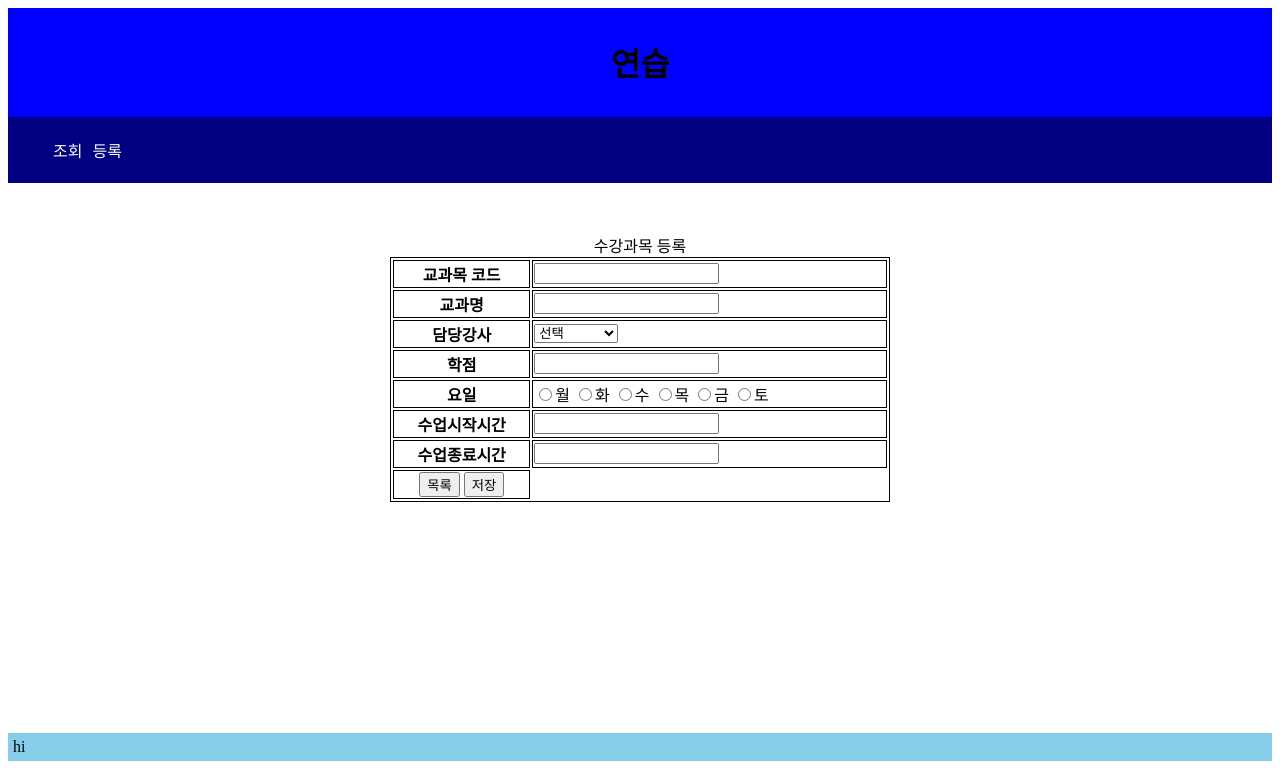
Repository: hoger96/java
Page: http://localhost/HY/reg
These files come from the project's save history. The page is drawn as it stood at one moment and after the next save; the edit follows.
The browser window is 1280 px wide. The pictures show the whole page.
The page is served by Tomcat 9. Other server files are loaded and not shown.

Above is the page before, as saved 2023-02-02 08:52:18.

### HY/src/main/webapp/WEB-INF/views/reg.jsp
<%@ page language="java" contentType="text/html; charset=UTF-8"
    pageEncoding="UTF-8"%>
<!DOCTYPE html>
<html>
<head>
<meta charset="UTF-8">
<title>Insert title here</title>
<%
	String path = request.getContextPath();
%>
<link href="<%=path %>/css/index.css" rel="stylesheet">
<link href="<%=path %>/css/reg.css" rel="stylesheet">
<script>
function save(){
	let frm = document.frm;
	let s_id = frm.s_id;
	let s_name = frm.s_name;
	let t_id = frm.t_id;
	let s_grade = frm.s_grade;
	let weekday = frm.weekday;
	let start_h = frm.start_h;
	let end_h = frm.end_h;

	frm.submit();
	alert("등록완료");
}
</script>
</head>
<body>
	<header>
		<h1>연습</h1>
	</header>
	<nav>
		<ol>
			<li><a href="<%=path %>/list">조회</a></li>
			<li><a href="<%=path %>/reg">등록</a></li>
		</ol>
	</nav>
	<section>
	<form name="frm" method="post" action="reg">
		<table>
			<caption>수강과목 등록</caption>
			<tr>
				<td class="main">교과목 코드</td>
				<td><input type="text" name="s_id"></td>
			</tr>
			<tr>
				<td class="main">교과명</td>
				<td><input type="text" name="s_name"></td>
			</tr>
			<tr>
				<td class="main">담당강사</td>
				<td>
					<select name="t_id">
						<option value="">선택</option>
						<option value="1">정국교수</option>
						<option value="2">뷔교수</option>
						<option value="3">지민교수</option>
						<option value="4">제이홉교수</option>
						<option value="5">슈가교수</option>
						<option value="6">진교수</option>
						<option value="7">RM교수</option>
					</select>
				</td>
			</tr>
			<tr>
				<td class="main">학점</td>
				<td><input type="text" name="s_grade"></td>
			</tr>
			<tr>
				<td class="main">요일</td>
				<td>
					<input type="radio" name="weekday" value="M">월
					<input type="radio" name="weekday" value="TU">화
					<input type="radio" name="weekday" value="W">수
					<input type="radio" name="weekday" value="TH">목
					<input type="radio" name="weekday" value="F">금
					<input type="radio" name="weekday" value="S">토
				</td>
			</tr>
			<tr>
				<td class="main">수업시작시간</td>
				<td><input type="text" name="start_h"></td>
			</tr>
			<tr>
				<td class="main">수업종료시간</td>
				<td><input type="text" name="end_h"></td>
			</tr>
			<tr>
				<td class="main" colsphan="2">
					<input type="button" value="목록" onclick="window.location='HY/list'">
					<input type="button" value="저장" onclick="save()">
				</td>
			</tr>
		</table>
	</form>
	</section>
	<footer>
		hi
	</footer>
</body>
</html>

### HY/src/main/java/controller/regServlet.java
package controller;

import java.io.IOException;

import javax.servlet.ServletException;
import javax.servlet.annotation.WebServlet;
import javax.servlet.http.HttpServlet;
import javax.servlet.http.HttpServletRequest;
import javax.servlet.http.HttpServletResponse;

import model.LectureDao;
import model.LectureService;
import model.RegDto;

@WebServlet("/reg")
public class regServlet extends HttpServlet{

	@Override
	protected void doGet(HttpServletRequest request, HttpServletResponse response) throws ServletException, IOException {

		LectureDao dao = new LectureDao();
		LectureService s = new LectureService(dao);

		request.getRequestDispatcher("WEB-INF/views/reg.jsp").forward(request, response);
	}

	@Override
	protected void doPost(HttpServletRequest request, HttpServletResponse response) throws ServletException, IOException {

		request.setCharacterEncoding("UTF-8");

		String s_id = request.getParameter("s_id");
		String s_name = request.getParameter("s_name");
		String s_grade = request.getParameter("s_grade");
		String t_id = request.getParameter("t_id");
		String weekday = request.getParameter("weekday");
		String start_h = request.getParameter("start_h");
		String end_h = request.getParameter("end_h");

		LectureDao dao = new LectureDao();
		LectureService s = new LectureService(dao);

		RegDto dto = new RegDto(s_id, s_name, s_grade, t_id, weekday, start_h, end_h);
		s.insert(dto);

		response.sendRedirect("index.jsp");
	}

}

### HY/src/main/java/model/LectureDao.java
package model;

import java.sql.Connection;
import java.sql.DriverManager;
import java.sql.PreparedStatement;
import java.sql.ResultSet;
import java.sql.SQLException;
import java.util.ArrayList;

public class LectureDao {

	String driver = "oracle.jdbc.driver.OracleDriver";
	String url = "jdbc:oracle:thin:@localhost:1521:xe";
	String user = "system";
	String password = "1234";

	Connection con = null;

	private void dbCon() {
		try {
			Class.forName(driver);
			con = DriverManager.getConnection(url, user, password);

			if(con != null) {
				System.out.println("연결성공");
			}
		} catch (ClassNotFoundException e) {
			// TODO Auto-generated catch block
			e.printStackTrace();
		} catch (SQLException e) {
			// TODO Auto-generated catch block
			e.printStackTrace();
		}

	}

	public ArrayList<ListDto> selectList(){

		dbCon();
		String sql = " select c.s_id, c.s_name, c.s_grade,l.t_name, "
				+ " decode(trim(c.weekday),'M','월','TU','화','W','수','TH','목','F','금'), "
				+ " substr(lpad(start_h,4,0),1,2)||':'||substr(lpad(start_h,4,0),3,4), "
				+ " substr(end_h,1,2)||':'||substr(end_h,3,4) "
				+ " from tbl_course c "
				+ " join tbl_lecturer l "
				+ " on c.teacher_id = l.t_id ";

		ArrayList<ListDto> list = new ArrayList<>();


		try {
			PreparedStatement pst = con.prepareStatement(sql);
			ResultSet rs = pst.executeQuery();

			while(rs.next()) {
				ListDto dto = new ListDto();

				dto.setS_id(rs.getString(1));
				dto.setS_name(rs.getString(2));
				dto.setS_grade(rs.getString(3));
				dto.setT_name(rs.getString(4));
				dto.setWeekday(rs.getString(5));
				dto.setStart_h(rs.getString(6));
				dto.setEnd_h(rs.getString(7));

				list.add(dto);
			}
			rs.close();
			pst.close();
			con.close();
		} catch (SQLException e) {
			// TODO Auto-generated catch block
			e.printStackTrace();
		}
		return list;
	}

	public void insert(RegDto dto) {

		dbCon();
		String sql = " insert into tbl_course values(?,?,?,?,?,?,?)";

		try {
			PreparedStatement pst = con.prepareStatement(sql);

			pst.setString(1, dto.getS_id());
			pst.setString(2, dto.getS_name());
			pst.setString(3, dto.getS_grade());
			pst.setString(4, dto.getT_id());
			pst.setString(5, dto.getWeekday());
			pst.setString(6, dto.getStart_h());
			pst.setString(7, dto.getEnd_h());

			pst.executeUpdate();

			pst.close();
			con.close();
		} catch (SQLException e) {
			// TODO Auto-generated catch block
			e.printStackTrace();
		}
	}

}

### HY/src/main/java/model/LectureService.java
package model;

import java.util.ArrayList;

public class LectureService {

	LectureDao dao;

	public LectureService() {
		// TODO Auto-generated constructor stub
	}

	public LectureService(LectureDao dao) {
		super();
		this.dao = dao;
	}

	public ArrayList<ListDto> selectList(){
		return dao.selectList();
	}

	public void insert(RegDto dto) {
		dao.insert(dto);
	}
}

### HY/src/main/webapp/css/index.css
@charset "UTF-8";
header{
	padding:10px;
	background-color: blue;
	text-align:center;
}
nav{
	padding:5px;
	background-color: navy;
}
ol{
	list-style: none;
	display:flex;
}
li{
	margin-right:10px;
}
a{
	text-decoration: none;
	color:white;
}
section{
	height:500px;
}
footer{
	background-color: skyblue;
	padding:5px;
}

### HY/src/main/webapp/css/reg.css
@charset "UTF-8";
table{
	width:500px;
	margin:50px auto;
}
table,td{
	border:1px solid black;
}

.main{
	font-weight: bold;
	text-align:center
}

After the next save:
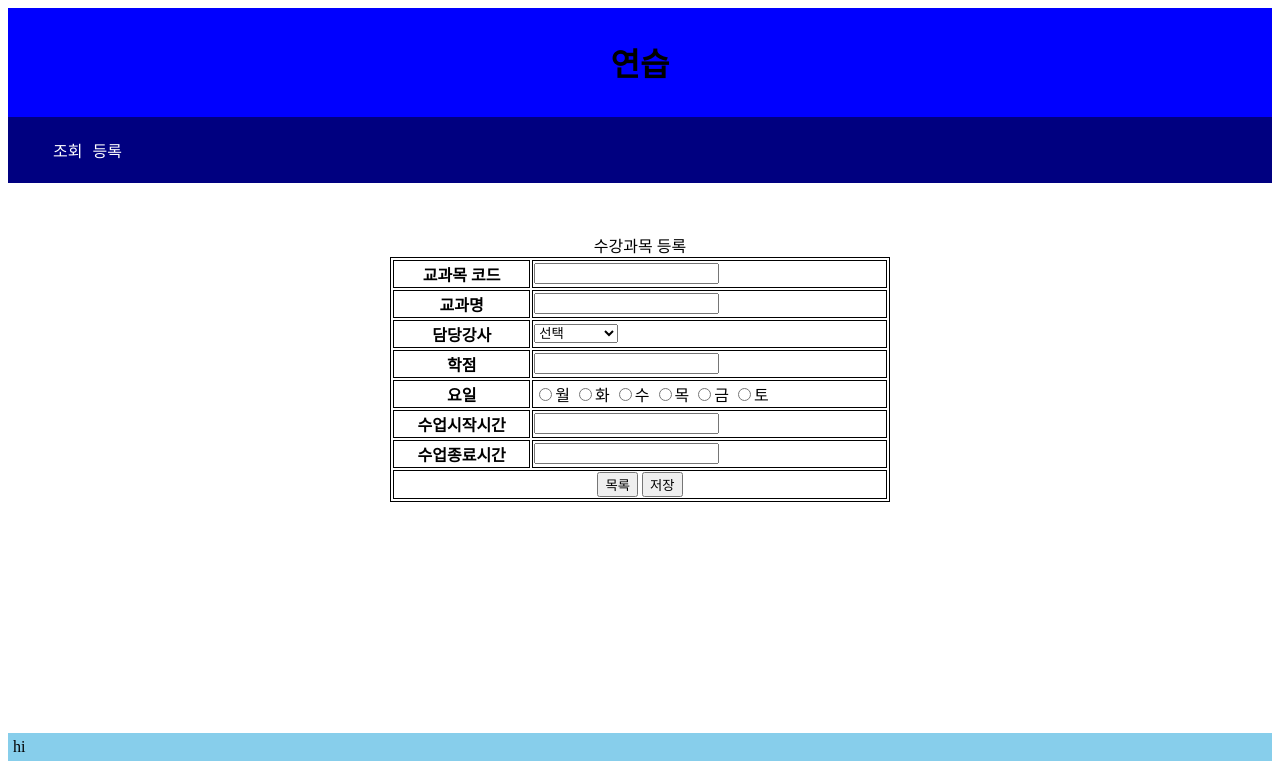
Saved 13 s later.
--- a/HY/src/main/webapp/WEB-INF/views/reg.jsp
+++ b/HY/src/main/webapp/WEB-INF/views/reg.jsp
@@ -87,7 +87,7 @@ function save(){
 				<td><input type="text" name="end_h"></td>
 			</tr>
 			<tr>
-				<td class="main" colsphan="2">
+				<td class="main" colspan="2">
 					<input type="button" value="목록" onclick="window.location='HY/list'">
 					<input type="button" value="저장" onclick="save()">
 				</td>
